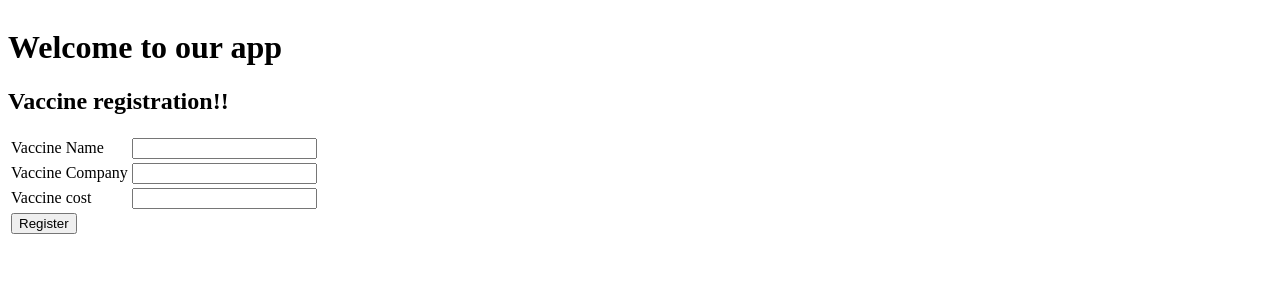
Repository: sultanaNargis03/IndustryReadyJavaSpringBoot
Page: Servlet/workspace/SessionMangement/src/main/webapp/index.html
The author's editor kept a copy of each file at every save. The page is drawn from the files as they stood at one save, then again after the next save.
The browser window is 1280 px wide. The pictures show the whole page.

Above is the page before, as saved 2023-12-05 16:35:01.

### Servlet/workspace/SessionMangement/src/main/webapp/index.html
<!DOCTYPE html>
<html>
<head>
<meta charset="ISO-8859-1">
<title>Registration</title>
</head>
<body style="align-content: center;">
<h1>Welcome to our app</h1>
<h2>Vaccine registration!!</h2>
<form method="post" action="./Request1">
	<table>
		<tr>
			<td>Vaccine Name</td>
			<td><input type="text" name="vname"</td>
		</tr>
		<tr>
			<td>Vaccine Company</td>
			<td><input type="text" name="vcompany"</td>
		</tr>
		<tr>
			<td>Vaccine cost</td>
			<td><input type="number" name="cost"</td>
		</tr>

		<tr>
			<td><input type="submit" value="Register"</td>
		</tr>
	</table>
</form>
</body>
</html>

After the next save:
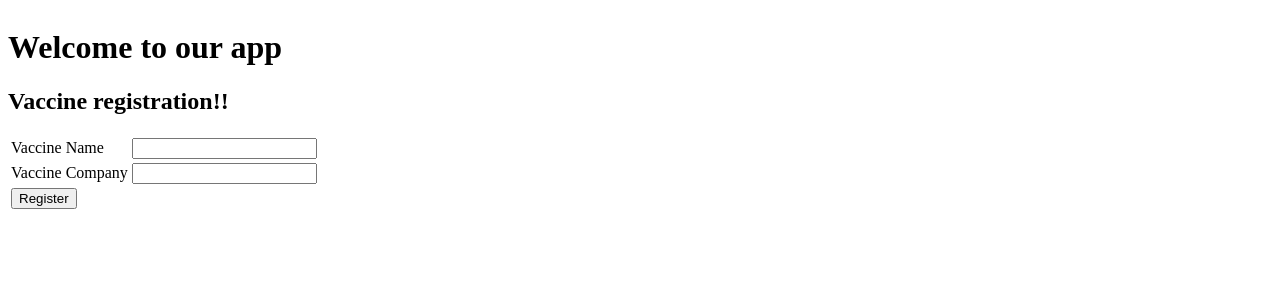
Saved 23 s later.
--- a/Servlet/workspace/SessionMangement/src/main/webapp/index.html
+++ b/Servlet/workspace/SessionMangement/src/main/webapp/index.html
@@ -17,10 +17,6 @@
 			<td>Vaccine Company</td>
 			<td><input type="text" name="vcompany"</td>
 		</tr>
-		<tr>
-			<td>Vaccine cost</td>
-			<td><input type="number" name="cost"</td>
-		</tr>
 
 		<tr>
 			<td><input type="submit" value="Register"</td>
